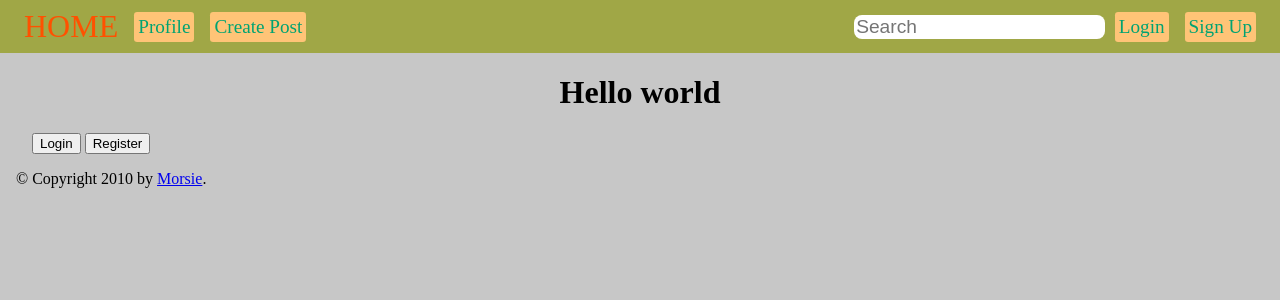
Repository: MorsChen/python-blog
Page: templates/home.html
The author's editor kept a copy of each file at every save. The page is drawn from the files as they stood at one save, then again after the next save.
The browser window is 1280 px wide. The pictures show the whole page.
The page is served by the project's application, run on Flask 3 (default.py). The template is opened directly, without the code that normally fills it, so the values that code supplies are empty.

Above is the page before, as saved 2019-09-09 17:10:11.

After the next save:
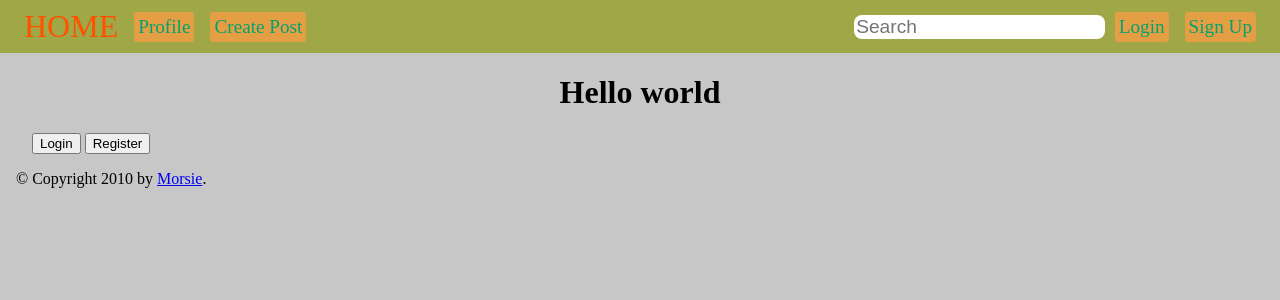
Saved 6 s later.
--- a/static/style.css
+++ b/static/style.css
@@ -57,7 +57,7 @@ body{
     border: none;
     text-decoration: none;
     border-radius: 0.2rem;
-    background-color: rgb(255, 196, 119);
+    background-color: rgb(228, 158, 67);
     text-align: center;
     text-justify: center;
     padding: 0.25rem;
